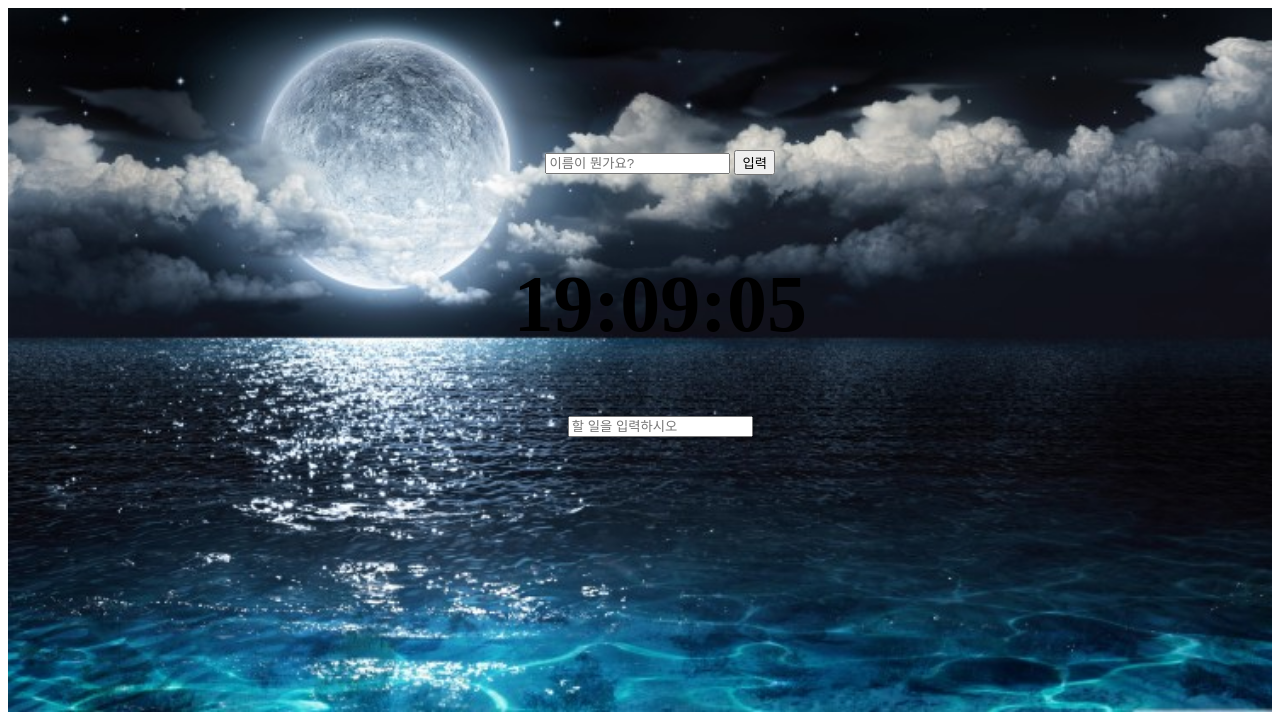
Repository: jun01270/F-E-practice
Page: index.html
These files come from the project's save history. The page is drawn as it stood at one moment and after the next save; the edit follows.
The browser window is 1280 px wide. The pictures show the whole page.

Above is the page before, as saved 2023-01-09 19:08:58.
Console error: TypeError: Cannot read properties of null (reading 'addEventListener')

After the next save:
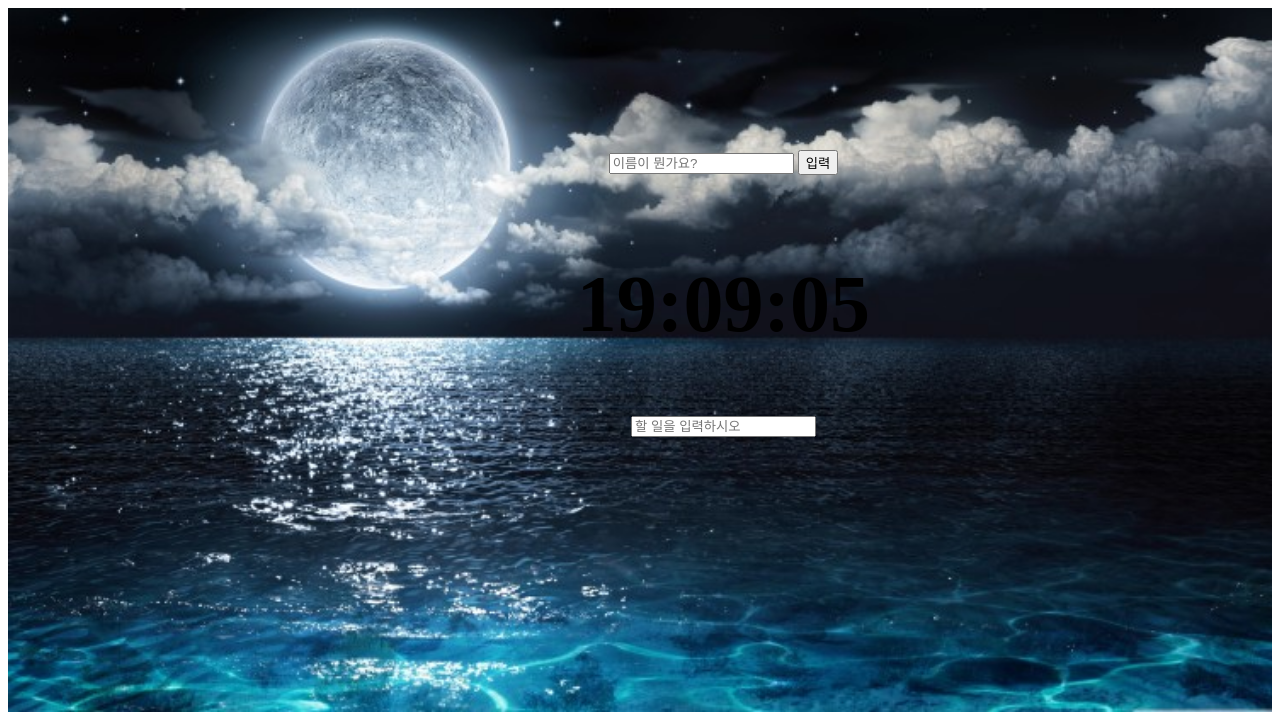
Saved 2 s later.
--- a/css/style.css
+++ b/css/style.css
@@ -15,7 +15,7 @@ body {
 #all {
   position: absolute;
   top: 20%;
-  left: 40%;
+  left: 45%;
   text-align: center;
 }
 
